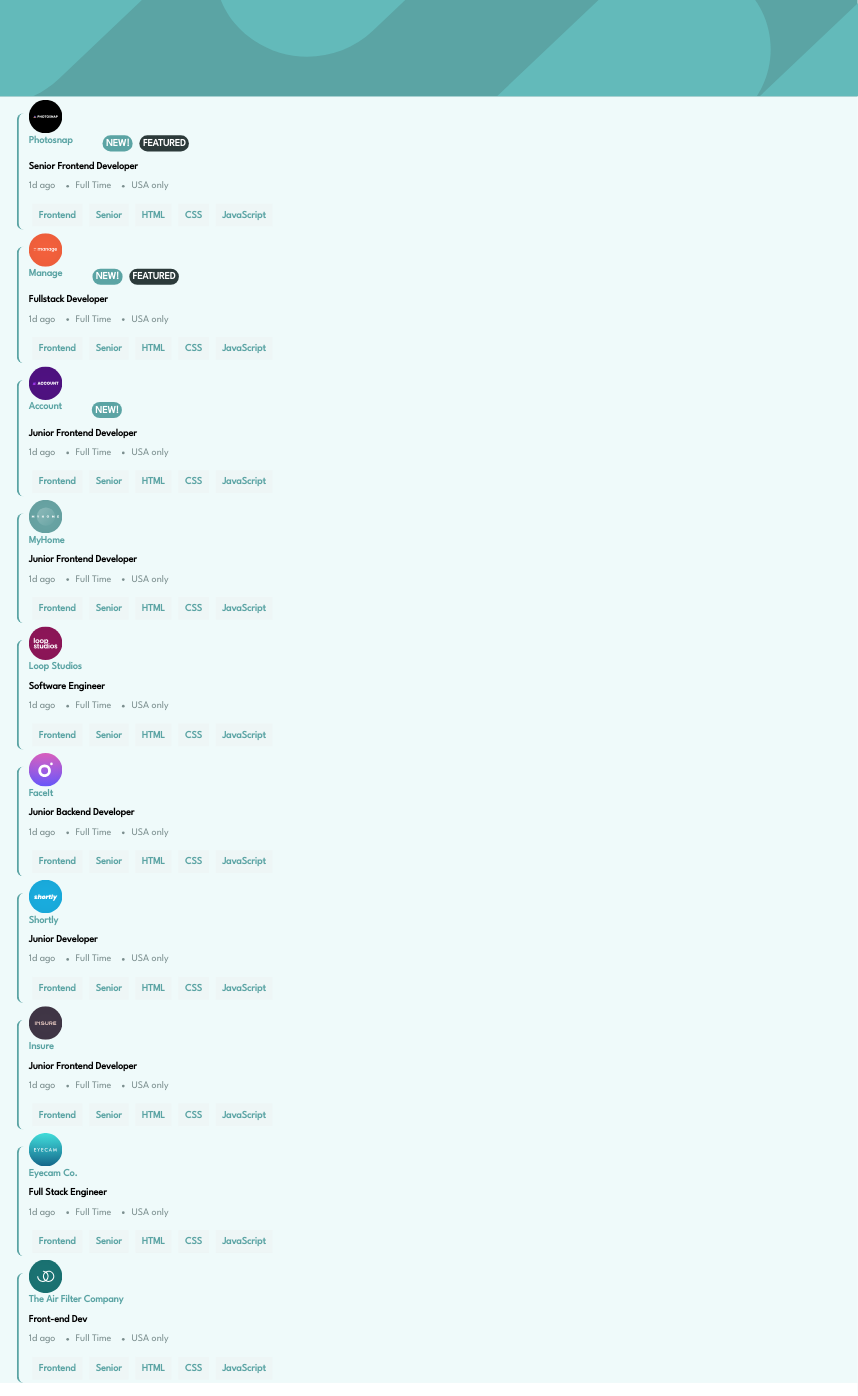
Repository: DevLaukey/job-listing
Page: /
The author's editor kept a copy of each file at every save. The page is drawn from the files as they stood at one save, then again after the next save.
The browser window is 1280 px wide. The pictures show the whole page, at 67% of full size.
Some web fonts or font styles are not loaded; a fallback is used. The project was rebuilt for these pictures with package versions that can differ from the ones it lists, and the page was loaded fresh each time.

Above is the page before, as saved 2022-06-02 23:37:43.

### src/App.js
import "./App.css";
import Header from "./components/Header";
import Tablet from "./components/Tablet";
import data from "./data.json";

function App() {
  const tablets = data.map((data) => <Tablet
    key={data.id}
    company={data.company}
    neew={data.new}
    featured={data.featured}
    position={data.position}
    role={data.role}
    level={data.level}
    postedAt={data.postedAt}
    contract={data.contract}
    location={data.location}
    languages={data.languages}
    tools={data.tools}
    logo={data.logo} />);
  return (
    <div className="App">
      <Header />
      <div className="content">{tablets}</div>
    </div>
  );
}

export default App;

### src/App.css
@import url('https://fonts.googleapis.com/css2?family=Grape+Nuts&family=League+Spartan&display=swap');
*{
  margin: 0;
  padding: 0;
  box-sizing: border-box;
}
.App{
  background-color: hsl(180, 52%, 96%);
  font-size: 15px;
}

### src/components/Header.js
import React from 'react'
import "./styles.css"

function Header() {
  return (
    <header className='header'></header>
  )
}

export default Header

### src/components/Tablet.js
import React from "react";
import "./styles.css";
import id from "./images/insure.svg"

function Tablet({ company, logo ,neew ,featured, position, role, level, postedAt, contract, location,languages, tools}) {
console.log(logo)
    return (
      <div className="tablet">
        <div className="tablet_content">
          <img className="image" src={logo} alt="" />

          <div className="heading">
            <div className="company">
              <p>{company}</p>
            </div>
            <div>{neew && <p className="new">NEW!</p>}</div>
            <div>
            { featured && <p className="featured">FEATURED</p>}
            </div>
          </div>
          <div className="title">
                    <p>{ position}</p>
          </div>
          <div className="details">
            <p>1d ago</p>
            <ul className="list">
              <li> Full Time</li>
              <li className="country"> USA only</li>
            </ul>
          </div>
          <hr className="line" />
          <div className="tags">
            <p className="category">Frontend</p>
            <p className="category">Senior</p>
            <p className="category">HTML</p>
            <p className="category">CSS</p>
            <p className="category">JavaScript</p>
          </div>
        </div>
      </div>
    );
}

export default Tablet;

### src/components/styles.css
.header{
background-image: url(../assets/bg-header-mobile.svg);
padding: 10vh;
background-color: hsl(180, 29%, 50%)

}
.tablet{
    border-left: 3px solid  hsl(180, 29%, 50%);
    border-radius: 10px;
    margin: 25px 25px 20px 25px;
}
.tablet_content{
 margin-left: 15px;
 margin-right: 25px;
 font-family: 'League Spartan', sans-serif;
  font-weight: 700;
    align-items: center;
}
.image{
    height: 50px;
    margin-top: -20px;
}
.heading{
    display:flex;
}
.company{
color: hsl(180, 29%, 50%);
margin-right:3em;
}
.new{
    background-color:hsl(180, 29%, 50%);
    padding: 5px;
    color:white;
    border-radius: 25px;
    margin-right:10px ;
}
.featured{
     background-color: hsl(180, 14%, 20%);
    padding: 5px;
    color:white;
    border-radius: 25px;
}
.title{
    margin-top: 15px;
}
.details{
    display: flex;
    color: hsl(180, 8%, 52%);
    font-weight:400;
    margin-top: 15px;
    margin-bottom: 15px;
}
.list{
    display: flex;
    margin-left: 2em;
}
.country{
    margin-left:2em;
}
.line{
    margin-bottom: 15px;
    color: gray;
}
.tags{
    color: hsl(180, 29%, 50%);
    display: flex;
    flex-wrap: wrap;
}
.category{
    background-color: hsl(180, 31%, 95%);
    padding: 10px;
    margin: 5px;
}


/* media query */

@media screen and (min-width: 768px ){
  .header{
  background-image: url(../assets/bg-header-desktop.svg);
  }
  .line{display:none;}
}

Loaded but not shown: public/index.html (common file); src/index.js (common file); src/index.css (common file); src/reportWebVitals.js (common file); src/data.json (common file)

After the next save:
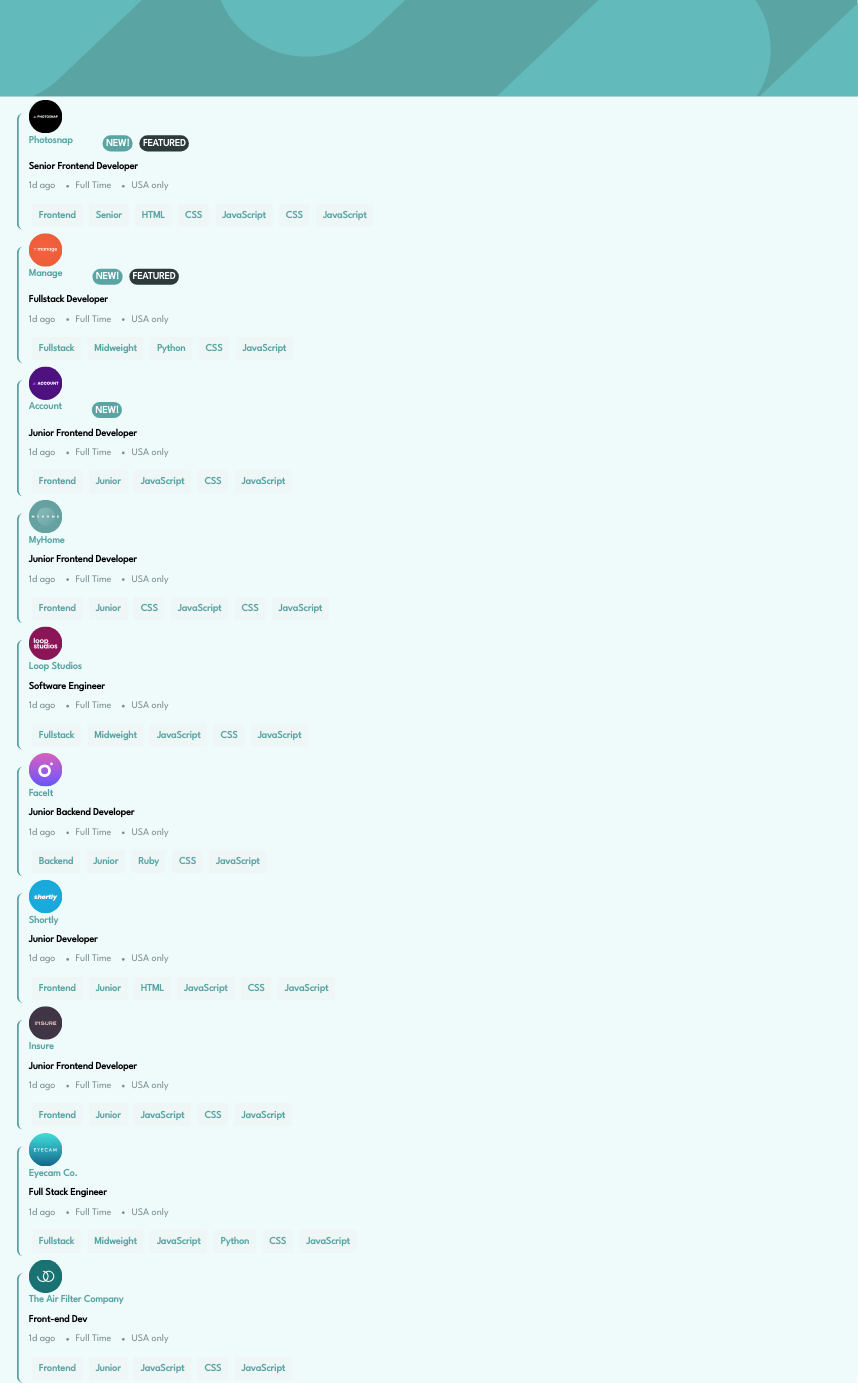
Saved 2 min 34 s later.
--- a/src/components/Tablet.js
+++ b/src/components/Tablet.js
@@ -30,9 +30,10 @@
           </div>
           <hr className="line" />
           <div className="tags">
-            <p className="category">Frontend</p>
-            <p className="category">Senior</p>
-            <p className="category">HTML</p>
+            <p className="category">{role}</p>
+            <p className="category">{level}</p>
+                    {languages.map(language => (<p className = "category" > {language}</p>)
+                        )}
             <p className="category">CSS</p>
             <p className="category">JavaScript</p>
           </div>
